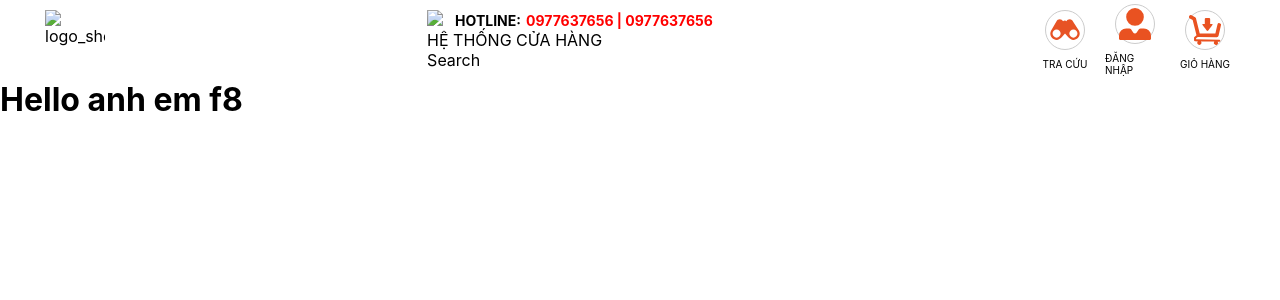
Repository: manhhieu120499/BadmintonShop
Page: /
These files come from the project's save history. The page is drawn as it stood at one moment and after the next save; the edit follows.
The browser window is 1280 px wide. The pictures show the whole page.
The project was rebuilt for these pictures with package versions that can differ from the ones it lists, and the page was loaded fresh each time.

Above is the page before, as saved 2024-08-19 10:52:19.

### src/App.js
import './App.css';
import { DefaultLayout } from './layouts/DefaultLayout';

function App() {
	return (
		<DefaultLayout>
			<div className="App">
				<h1>Hello anh em f8</h1>
			</div>
		</DefaultLayout>
	);
}

export default App;

### src/App.css
/*reset css*/
* {
	margin: 0;
	padding: 0;
	box-sizing: border-box;
}

### src/layouts/DefaultLayout/DefaultLayout.js
import classNames from 'classnames/bind';
import styles from './DefaultLayout.module.scss';
import { Header } from '../components/';

const cx = classNames.bind(styles);

function DefaultLayout({ children }) {
	return (
		<div className={cx('container')}>
			<Header />
			{children}
		</div>
	);
}

export default DefaultLayout;

### src/layouts/DefaultLayout/DefaultLayout.module.scss
.container {
	width: 100vw;
	min-height: 100vh;
	background-color: white;
}

### src/layouts/components/Header/Header.js
import classNames from 'classnames/bind';
import styles from './Header.module.scss';
import images from '../../../assets/images';
import Search from '../Search';
import { LookupIcon, ShoppingCart, UserIcon } from '../../../components/Icons';
import Button from '../../../components/Button';
const cx = classNames.bind(styles);
function Header() {
	return (
		<div className={cx('wrapper')}>
			<img
				className={cx('logo-brand')}
				src={images.logo}
				alt="logo_shop"
			/>
			<div className={cx('header-content')}>
				<div className={cx('info-contact')}>
					{/** icon */}
					<img
						src={images.phone_call}
						alt="telesale"
						className={cx('image-telesale')}
					/>
					<div className={cx('contact')}>
						<p className={cx('contact_title')}>HOTLINE:</p>
						<p className={cx('contact_number')}>
							<span>0977637656</span>
							<span> | </span>
							<span>0977637656</span>
						</p>
					</div>
				</div>
				<div className={cx('other-company')}>
					{/** icon */}
					<p>HỆ THỐNG CỬA HÀNG</p>
				</div>
				<Search />
			</div>
			<div className={cx('other')}>
				<Button title={'Tra cứu'} Icon={LookupIcon} />
				<Button title={'Đăng nhập'} Icon={UserIcon} />
				<Button title={'Giỏ hàng'} Icon={ShoppingCart} />
			</div>
		</div>
	);
}

export default Header;

### src/layouts/components/Header/Header.module.scss
.wrapper {
	height: 80px;
	width: 100%;
	padding: 0px 45px;
	display: flex;
	justify-content: space-between;
	align-items: center;
}

.logo-brand {
	width: 60px;
	height: 60px;
	display: inline-block;
}

.info-contact {
	display: flex;
	align-items: center;
}

.contact {
	display: flex;
	align-items: center;
}

.contact_title {
	font-weight: bold;
	margin-right: 5px;
	font-size: 14px;
}

.contact_number > span {
	font-weight: bold;
	font-size: 14px;
	color: red;
}

.contact_number:hover > span {
	color: black;
	cursor: pointer;
}

.image-telesale {
	width: 20px;
	height: 20px;
	margin-right: 8px;
}

.other {
	display: flex;
	align-items: center;
	gap: 10px;
}

### src/assets/images/index.js
const images = {
	logo: require('../images/logo.svg').default,
	phone_call: require('../images/phone-call.svg').default,
};

export default images;

### src/layouts/components/Search/Search.js
function Search() {
	return <div>Search</div>;
}

export default Search;

### src/components/Icons/Icon.js
export const LookupIcon = ({ width = '2rem', height = '2rem' }) => {
	return (
		<svg
			version="1.1"
			id="Layer_1"
			xmlns="http://www.w3.org/2000/svg"
			x="0px"
			y="0px"
			viewBox="0 0 850.39 850.39"
			width={width}
			height={height}
		>
			<path
				fill="#E75325"
				d="M797.17,444.28L641.85,206.29c-14.4-37.32-50.59-63.8-92.99-63.8c-35.78,0-67.14,18.86-84.72,47.18
								   c-11.68-9.55-26.59-15.28-42.85-15.28c-18.79,0-35.78,7.65-48.06,20c-16.92-30.92-49.75-51.89-87.48-51.89
								   c-38.92,0-72.61,22.33-89.02,54.86L53.74,443.61c-12.2,23.22-19.14,49.61-19.14,77.61c0,92.32,75.11,167.44,167.44,167.44
								   c55.47,0,95.68-27.91,135.19-68.81l88.06-98.63l88.06,98.63c39.51,36.92,79.72,68.81,135.19,68.81
								   c92.33,0,167.44-75.11,167.44-167.44C815.97,493.49,809.15,467.34,797.17,444.28z M202.03,628.85
								   c-59.45,0-107.64-48.19-107.64-107.64s48.19-107.64,107.64-107.64s107.64,48.19,107.64,107.64S261.48,628.85,202.03,628.85z
									M648.53,628.85c-59.45,0-107.64-48.19-107.64-107.64s48.19-107.64,107.64-107.64s107.64,48.19,107.64,107.64
								   S707.98,628.85,648.53,628.85z"
			></path>
		</svg>
	);
};

export const UserIcon = ({ width = '2rem', height = '2rem' }) => {
	return (
		<svg
			xmlns="http://www.w3.org/2000/svg"
			viewBox="0 0 245.86 244.44"
			fill="#E95221"
			width={width}
			height={height}
		>
			<path
				d="M249.31,163.93H225.14a16.46,16.46,0,0,0-13.49,7l-16.9,24.18a16.46,16.46,0,0,1-27.12-.18l-16.17-23.82a16.48,16.48,0,0,0-13.62-7.22H114.11a55.34,55.34,0,0,0-55.33,55.34v24.55A8.23,8.23,0,0,0,67,252.06h229.4a8.24,8.24,0,0,0,8.23-8.24V219.27A55.34,55.34,0,0,0,249.31,163.93Zm-67.57-20.58a67.87,67.87,0,1,0-67.86-67.87A67.86,67.86,0,0,0,181.74,143.35Z"
				transform="translate(-58.78 -7.61)"
			></path>
		</svg>
	);
};

export const ShoppingCart = ({ width = '2rem', height = '2rem' }) => {
	return (
		<svg
			xmlns="http://www.w3.org/2000/svg"
			viewBox="0 0 265.71 247.92"
			fill="#E95221"
			width={width}
			height={height}
		>
			<path
				d="M298.21,71.39a14.93,14.93,0,0,0-17.88,11.2l-17.21,75-129.91-1.2L101.9,31.17a15,15,0,0,0-7.28-9.46L66.2,6.08A14.92,14.92,0,0,0,51.82,32.23L74.53,44.72l31.89,127.52L89.25,185.79A8.52,8.52,0,0,0,86,192.48v21.31a8.52,8.52,0,0,0,8.4,8.53l24.06.34A17,17,0,1,0,142,223l112.53,1.58a17,17,0,1,0,26.94.38l14.67.2h.13a8.53,8.53,0,0,0,.11-17l-193.35-2.72v-8.77l14.18-11.2a14.36,14.36,0,0,0,4.15.67l153.44,1.43H275a14.93,14.93,0,0,0,14.54-11.59l19.91-86.66A14.93,14.93,0,0,0,298.21,71.39Z"
				transform="translate(-44.09 -4.24)"
				strokeMiterlimit="10"
				strokeLinecap="round"
				strokeLinejoin="round"
			></path>
			<path
				d="M233.64,77.44H219.77V37.3a8.91,8.91,0,0,0-8.91-8.91H184.14a8.91,8.91,0,0,0-8.9,8.91V77.44H161.37c-6.14,0-8.16,4-4.5,9l10.32,13.84,13.33,17.9L190.84,132c3.67,4.92,9.67,4.92,13.33,0l10.32-13.85,13.33-17.9,10.32-13.84C241.8,81.46,239.78,77.44,233.64,77.44Z"
				transform="translate(-44.09 -4.24)"
				strokeMiterlimit="10"
				strokeLinecap="round"
				strokeLinejoin="round"
			></path>
		</svg>
	);
};

### src/components/Button/Button.js
import classNames from 'classnames/bind';
import styles from './Button.module.scss';

const cx = classNames.bind(styles);

function Button({ title, Icon, onClick }) {
	return (
		<div className={cx('wrapper')} onClick={onClick}>
			<div className={cx('image-icon')}>
				<Icon />
			</div>
			<p className={cx('title')}>{title.toUpperCase()}</p>
		</div>
	);
}

export default Button;

### src/components/Button/Button.module.scss
.wrapper {
	display: flex;
	flex-direction: column;
	align-items: center;
	width: 60px;
}

.image-icon {
	width: 40px;
	height: 40px;
	border-radius: 50%;
	border: 1px solid #ccc;
	display: flex;
	align-items: center;
	justify-content: center;
}

.title {
	margin-top: 8px;
	font-size: 10px;
}

Loaded but not shown: public/index.html (common file); src/index.js (common file); src/index.css (common file); src/reportWebVitals.js (common file); src/layouts/DefaultLayout/index.js (common file); src/layouts/components/index.js (common file); src/layouts/components/Header/index.js (common file); src/layouts/components/Search/index.js (common file); src/components/Icons/index.js (common file); src/components/Button/index.js (common file)

After the next save:
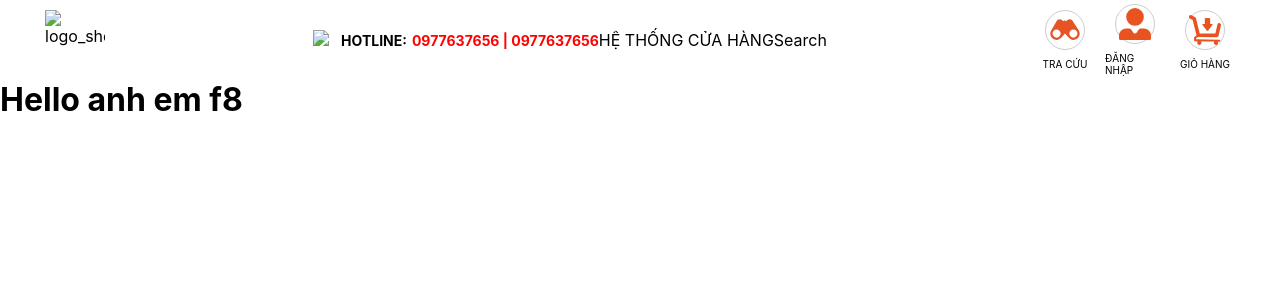
Saved 7 min 30 s later.
--- a/src/layouts/components/Header/Header.module.scss
+++ b/src/layouts/components/Header/Header.module.scss
@@ -11,6 +11,11 @@
 	width: 60px;
 	height: 60px;
 	display: inline-block;
+}
+
+.header-content {
+	display: flex;
+	align-items: center;
 }
 
 .info-contact {
